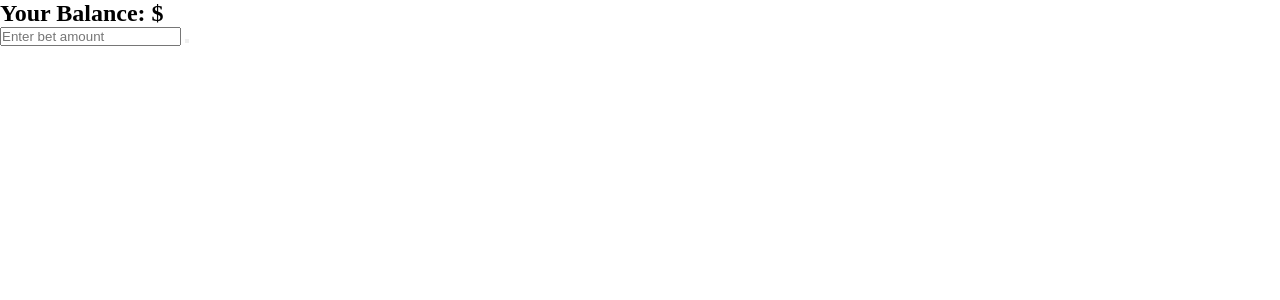
Repository: raghhavv03/javascript-practice
Page: task-5/bet.html
The author's editor kept a copy of each file at every save. The page is drawn from the files as they stood at one save, then again after a run of saves.
The browser window is 1280 px wide. The pictures show the whole page.

Above is the page before, as saved 2026-02-09 00:28:02.
Console error: TypeError: Cannot read properties of null (reading 'addEventListener')

### task-5/bet.html
<!DOCTYPE html>
<html>
    <head>
        <title>BlackJack</title>
        <link rel="stylesheet" href="./css/style.css">
        <script src="./js/index.js" defer></script>
    </head>
    <body>
        <h2>Your Balance: $<span id="balance"></span></h2>

        <input type="number" id="bet-input" placeholder="Enter bet amount">
        <button id="start-game-btn"
    </body>
</html>

### task-5/css/style.css
* {
    margin: 0;
    padding: 0;
    box-sizing: border-box;
}

### task-5/js/index.js
const addMoneyBtn = document.getElementById("add-money-btn")
const errorMsg = document.getElementById("error-msg")

addMoneyBtn.addEventListener("click", function() {
    const amount = document.getElementById("money-input").value

    if (amount <= 0) {
        errorMsg.textContent = "Please enter a valid amount"
        return
    }

    localStorage.setItem("balance", amount)
    window.location.href = "bet.html"
})

After the next 5 saves:
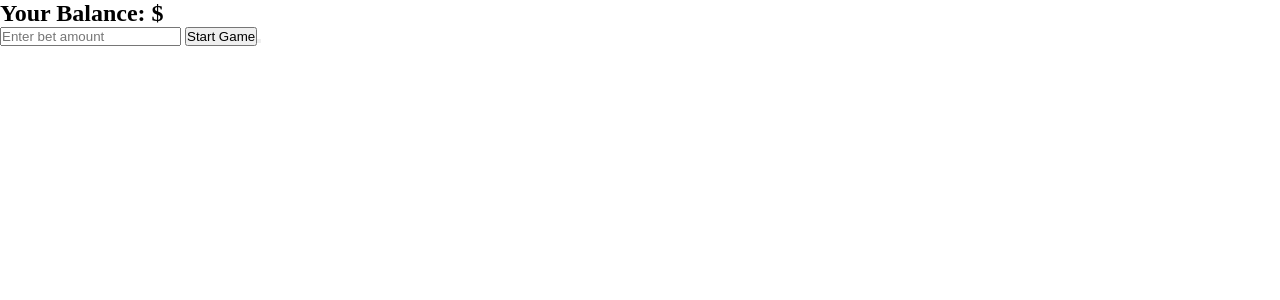
The 5 saves are shown as one change because they came seconds apart.
The last was saved 16 s later.
--- a/task-5/bet.html
+++ b/task-5/bet.html
@@ -9,6 +9,6 @@
         <h2>Your Balance: $<span id="balance"></span></h2>
 
         <input type="number" id="bet-input" placeholder="Enter bet amount">
-        <button id="start-game-btn"
+        <button id="start-game-btn">Start Game<button>
     </body>
 </html>
